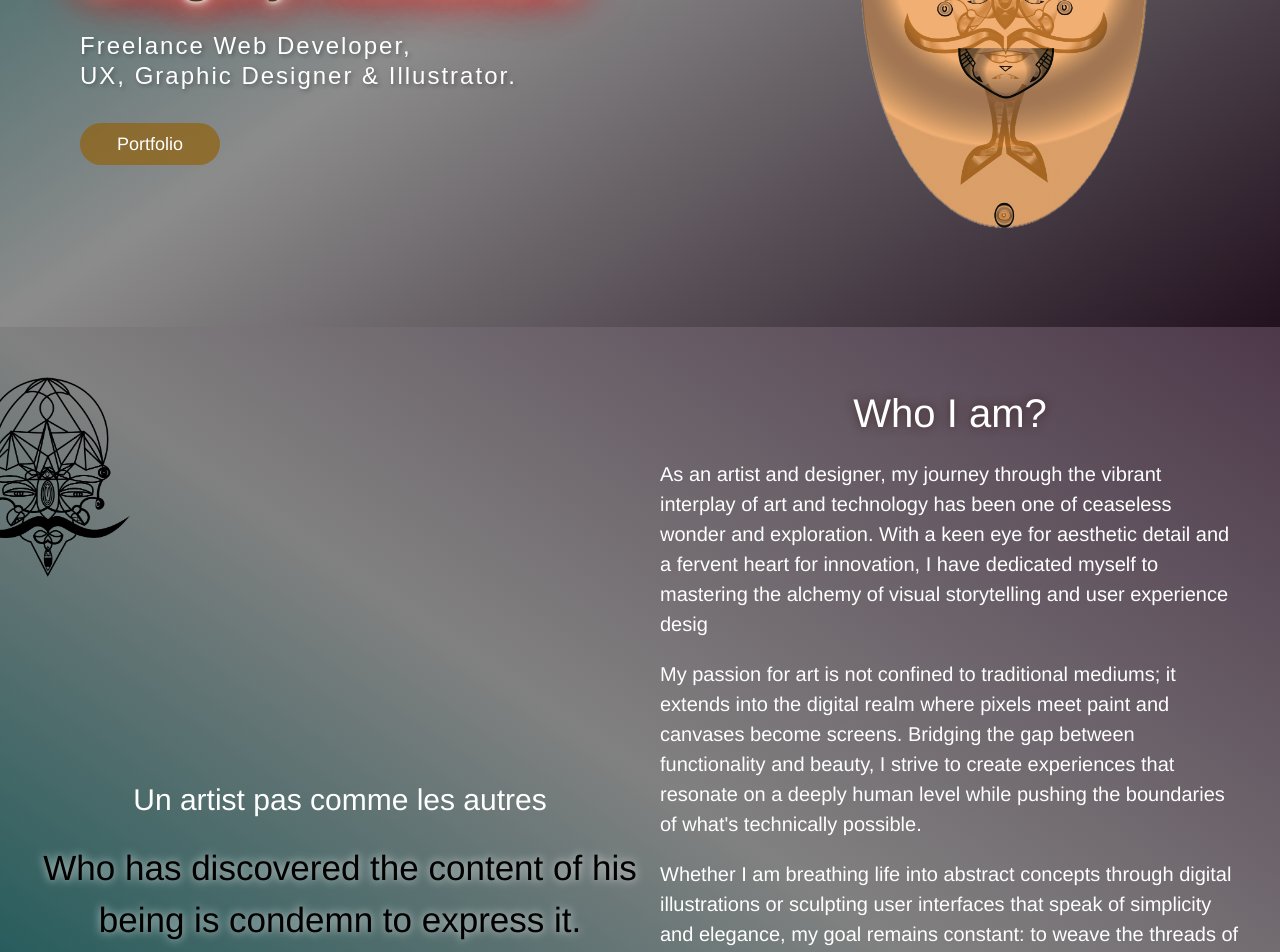
Repository: al-XLeMEsTRE/al-XLeMEsTRE
Page: index.html
An editor plug-in stored every save of this project. The page is shown before and after a run of saves, followed by the edit.
The browser window is 1280 px wide. The pictures show the part of the page from y = 553 to 1505 px (the page is 5520 px tall).
A picture or video elsewhere on the page could not be fetched, so the positions and the page height are approximate.

Above is the page before, as saved 2023-11-23 19:29:20.

After the next 2 saves:
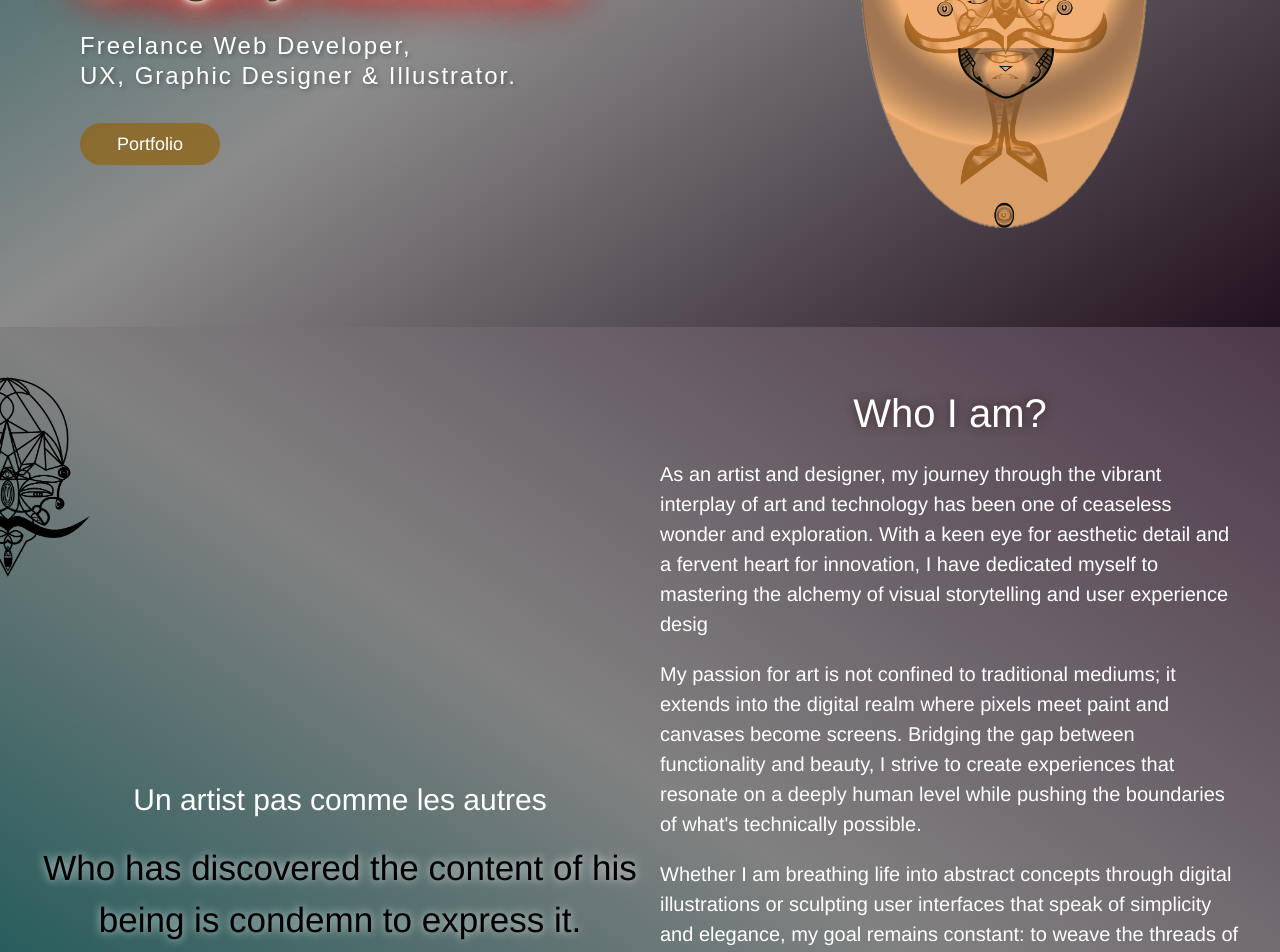
The 2 saves are shown as one change because they came seconds apart.
The last was saved 7 s later.
--- a/style/styles.css
+++ b/style/styles.css
@@ -305,7 +305,7 @@
 
 .about__image {
   top: -10px;
-  left: -70px;
+  left: -110px;
   position: relative;
   width: 160px;
   height: 200px;
